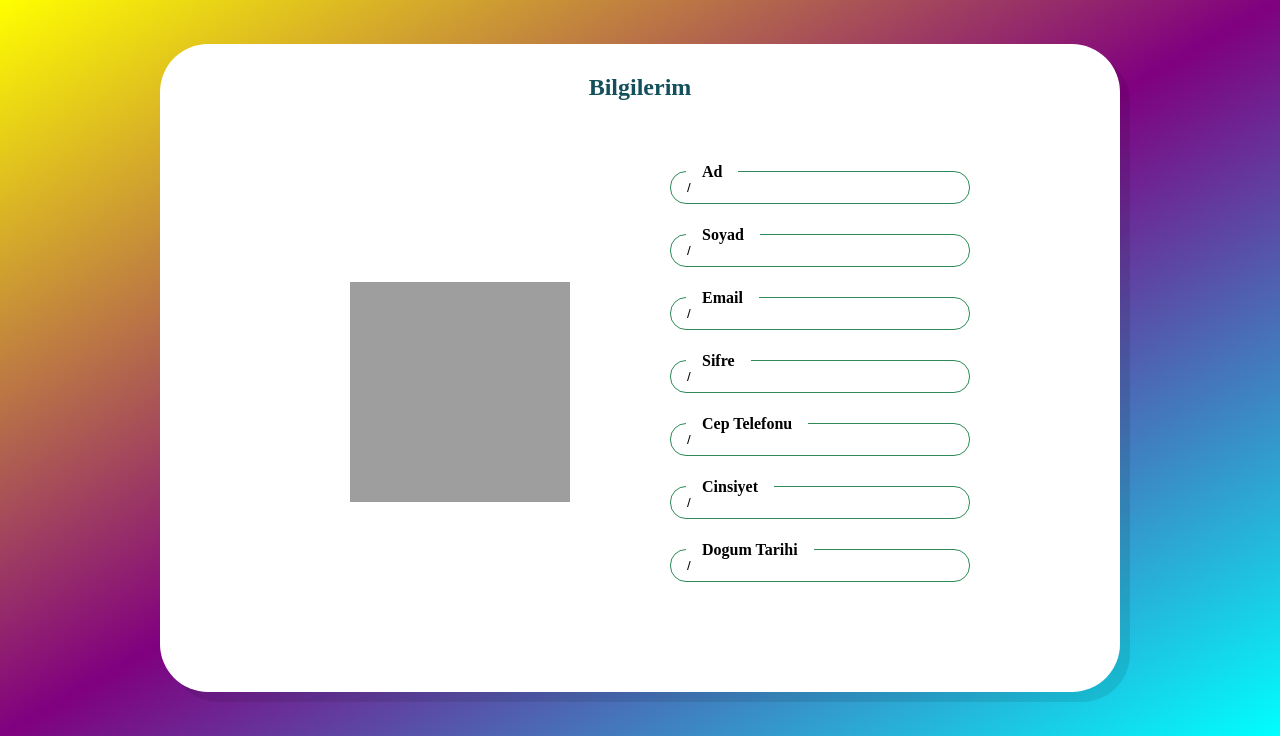
Repository: aenesyvz/web-programming-project
Page: http://localhost/test4/info.jsp
These files come from the project's save history. The page is drawn as it stood at one moment and after the next save; the edit follows.
The browser window is 1280 px wide. The pictures show the whole page.
Pictures or frames that could not be fetched are drawn as grey boxes. The page is served by Tomcat 9.

Above is the page before, as saved 2023-05-11 05:07:19.

After the next save:
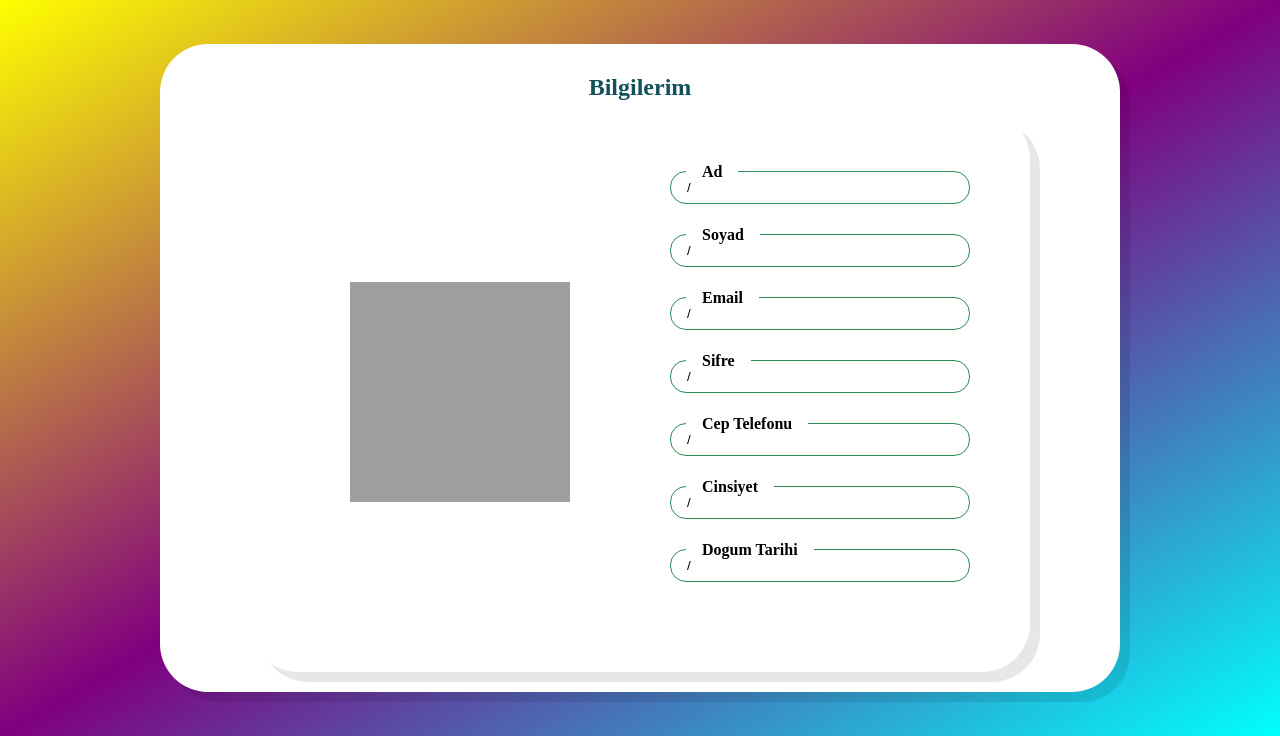
Saved 27 s later.
--- a/test/test4/src/main/webapp/info.jsp
+++ b/test/test4/src/main/webapp/info.jsp
@@ -11,7 +11,7 @@
 <section>
     <div class="container-info">
        <h2 class="title">Bilgilerim</h2>
-       <div class="grid" style="display: grid;grid-template-columns:1fr 1fr;background-color: #ffffff;padding:30px;border-radius:3rem">
+       <div class="grid" style="display: grid;grid-template-columns:1fr 1fr;background-color: #ffffff;padding:30px;border-radius:3rem; box-shadow: 10px 10px rgba(0, 0, 0, 0.096);">
        		<div class="displayImage">
        		 <img src=${user.image}  class="displayImage" alt="" style="width: 220px;height: 220px;margin:0 auto; display: flex;align-items: center;	justify-content: center;"/>
        		</div>
